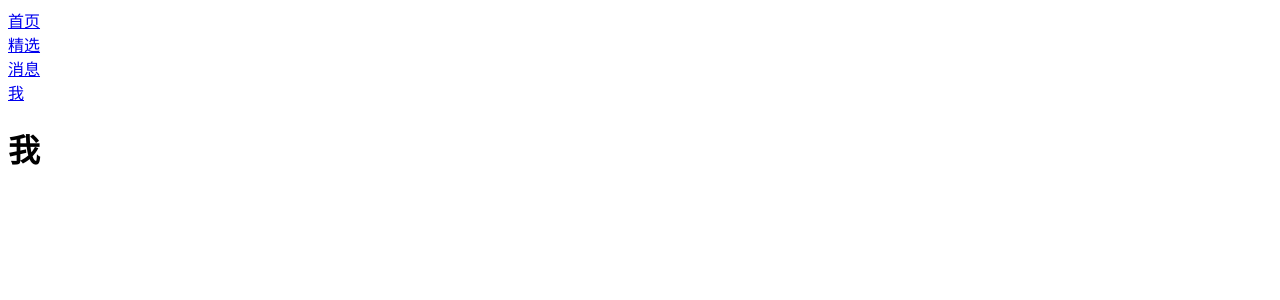
Repository: Heqiong129/Kwai
Page: /#/about
These files come from the project's save history. The page is drawn as it stood at one moment and after the next save; the edit follows.
The browser window is 1280 px wide. The pictures show the whole page.
The project was rebuilt for these pictures with package versions that can differ from the ones it lists, and the page was loaded fresh each time. Also part of the build but not shown: vue.config.js, src/components/HelloWorld.vue, src/views/HomeView.vue.

Above is the page before, as saved 2022-07-04 11:13:58.

After the next save:
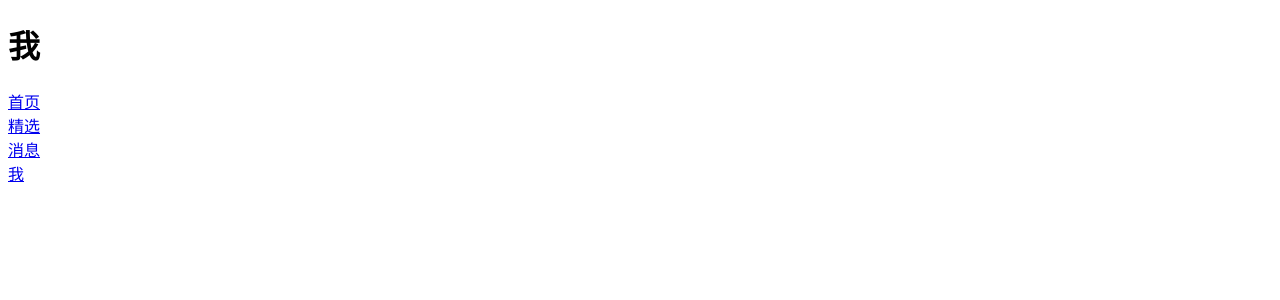
Saved 15 s later.
--- a/src/App.vue
+++ b/src/App.vue
@@ -1,5 +1,6 @@
 <template>
   <div>
+    <router-view />
     <div>
       <router-link to="/">首页</router-link>
     </div>
@@ -12,7 +13,6 @@
     <div>
       <router-link to="/about">我</router-link>
     </div>
-    <router-view />
   </div>
 </template>
 
